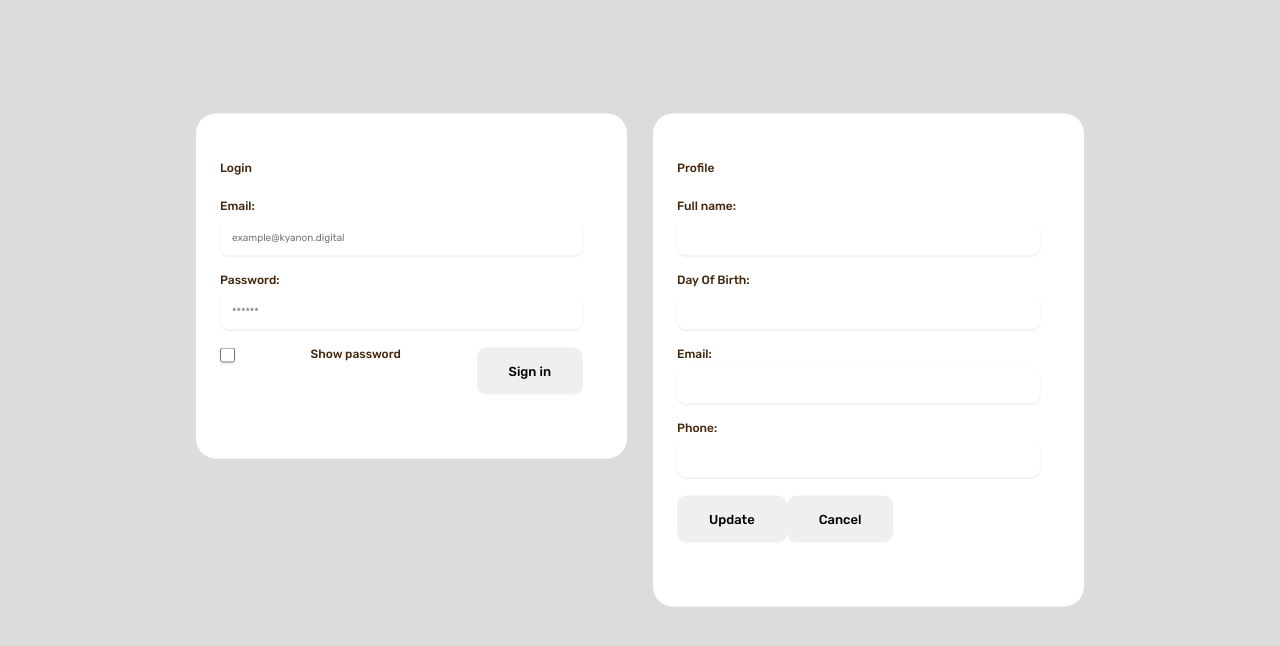
Repository: lethetiem/demon-test
Page: /
An editor plug-in stored every save of this project. The page is shown before and after the next save, followed by the edit.
The browser window is 1280 px wide. The pictures show the whole page.
The project was rebuilt for these pictures with package versions that can differ from the ones it lists, and the page was loaded fresh each time.

Above is the page before, as saved 2023-03-15 14:19:33.

### public/index.html
<!DOCTYPE html>
<html lang="en">
  <head>
    <meta charset="utf-8" />
    <link rel="icon" href="%PUBLIC_URL%/favicon.ico" />
    <meta name="viewport" content="width=device-width, initial-scale=1" />
    <meta name="theme-color" content="#000000" />
    <meta
      name="description"
      content="Web site created using create-react-app"
    />
    <link rel="apple-touch-icon" href="%PUBLIC_URL%/logo192.png" />
    <link rel="manifest" href="%PUBLIC_URL%/manifest.json" />
    <link
      href="https://fonts.googleapis.com/css2?family=Rubik:wght@400;500;600;700&display=swap"
      rel="stylesheet"
    />
    <title>React App</title>
  </head>
  <body>
    <div id="root"></div>
  </body>
</html>

### src/App.js
import React from "react";
import Login from "./components/Login/Login";
import UpdateProfile from "./components/UpdateProfile/UpdateProfile";
import "./app.css";

const App = () => {
  return (
    <div className="container">
      <div className="cta-form--box">
        <Login></Login>
        <UpdateProfile></UpdateProfile>
      </div>
    </div>
  );
};

export default App;

### src/components/Login/Login.jsx
import React from "react";
import "./login.css";
import "../index.css";

const Login = () => {
  return (
    <div>
      <form className="cta cta-form--sign-in" name="login">
        <div>
          <label htmlFor="log-in">Login</label>
        </div>
        <div>
          <label htmlFor="email">Email:</label>
          <input
            id="email"
            type="email"
            placeholder="example@kyanon.digital"
            name="email"
            required
          ></input>
        </div>

        <div>
          <label htmlFor="password">Password:</label>
          <input
            id="password"
            type="password"
            placeholder="******"
            name="password"
            required
          ></input>
        </div>

        <div className="password-checkbox">
          <input
            id="check-box"
            className="checkbox-input"
            type="checkbox"
            name="check-box"
          ></input>
          <label htmlFor="check-box">Show password</label>
          <button className="btn btn--form btn-sign-in">Sign in</button>
        </div>
      </form>
    </div>
  );
};

export default Login;

### src/components/UpdateProfile/UpdateProfile.jsx
import React from "react";
import './updateProfile.css'
import '../index.css'

const UpdateProfile = () => {
  return <div>
    <form className="cta cta-form--profile" name="update-profile">
          <div>
            <label htmlFor="profile">Profile</label>
          </div>
          <div>
            <label htmlFor="full-name">Full name:</label>
            <input id="full-name" type="text" name="full-name" required></input>
          </div>

          <div>
            <label htmlFor="day-of-bird">Day Of Birth:</label>
            <input
              id="day-of-bird"
              type="text"
              name="day-of-bird"
              required
            ></input>
          </div>

          <div>
            <label htmlFor="email">Email:</label>
            <input id="email" type="email" name="email" required></input>
          </div>

          <div>
            <label htmlFor="phone-number">Phone:</label>
            <input
              id="phone-number"
              type="text"
              name="phone-number"
              required
            ></input>
          </div>

          <div className="post">
            <button className="btn btn--update">Update</button>
            <button className="btn btn--cancel">Cancel</button>
          </div>
        </form>
  </div>
}

export default UpdateProfile;

### src/app.css
* {
  padding: 0;
  margin: 0;
  box-sizing: border-box;
}

html {
  font-size: 62.5%;
  overflow-x: hidden;
}

body {
  position: relative;
  font-family: "Rubik", sans-serif;
  line-height: 1;
  font-weight: 400;
  color: #555;
  height: 100vh;
  background-color: gainsboro;

  overflow-x: hidden;
}

.container {
  position: absolute;
  top: 50%;
  left: 50%;
  transform: translate(-50%, -50%);
  max-width: 120rem;
  width: 100%;
  padding: 0 3.2rem;
  margin: 0 auto;
}

### src/components/Login/login.css
.cta-form--sign-in {
  background-color: #fff;
  padding-bottom: 2.4rem;
}
.checkbox-input {
  width: 15px !important;
  height: 15px !important;
}
.password-checkbox {
  display: flex;
  justify-content: space-between;
  align-content: center;
}
.btn-sign-in {
  padding: 0.6rem 3.2rem;
}

### src/components/index.css
.cta-form--box{
  display: grid;
  grid-template-columns: 1fr 1fr;
  column-gap: 2.6rem;
  padding: 1.8rem 12.4rem;
}

.cta{
  display: flex;
  flex-direction: column;
  row-gap: 1.8rem;
  padding: 4.8rem 4.4rem 6.4rem 2.4rem;
  border-radius: 2rem;
  color: #45260a;
}

.cta label{
  display: block;
  font-size: 1.2rem;
  font-weight: 500;
  margin-bottom: 0.8rem;
}

.cta input{
  width: 100%;
  padding: 1.2rem;
  font-size: 1rem;
  font-family: inherit;
  color: inherit;
  border: none;
  border-radius: 9px;
  box-shadow: 0 1px 2px rgba(0, 0, 0, 0.1);
}

.btn,
.btn:link,
.btn:visited {
  display: inline-block;

  text-decoration: none;
  font-size: 1.3rem;
  font-weight: 500;
  padding: 1.6rem 3.2rem;
  border-radius: 9px;

  border: none;
  cursor: pointer;
  font-family: inherit;

  transition: all 0.3s;
}

.btn--full:link,
.btn--full:visited {
  background-color: #e67e22;
  color: #fff;
}

.btn--full:hover,
.btn--full:active {
  background-color: #cf711f;
}

### src/components/UpdateProfile/updateProfile.css
.cta-form--profile{
  background-color: #fff;
}

Loaded but not shown: src/index.js (common file)

After the next save:
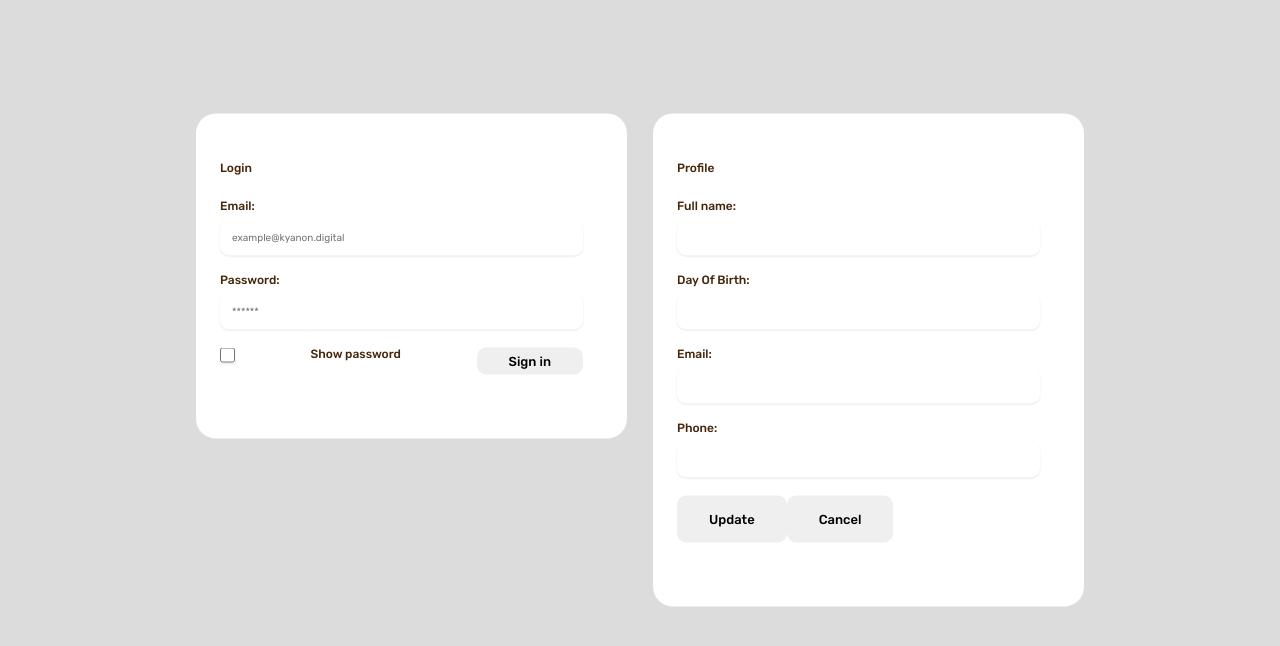
Saved 36 s later.
--- a/src/components/Login/login.css
+++ b/src/components/Login/login.css
@@ -12,5 +12,5 @@
   align-content: center;
 }
 .btn-sign-in {
-  padding: 0.6rem 3.2rem;
+  padding: 0.6rem 3.2rem !important;
 }
